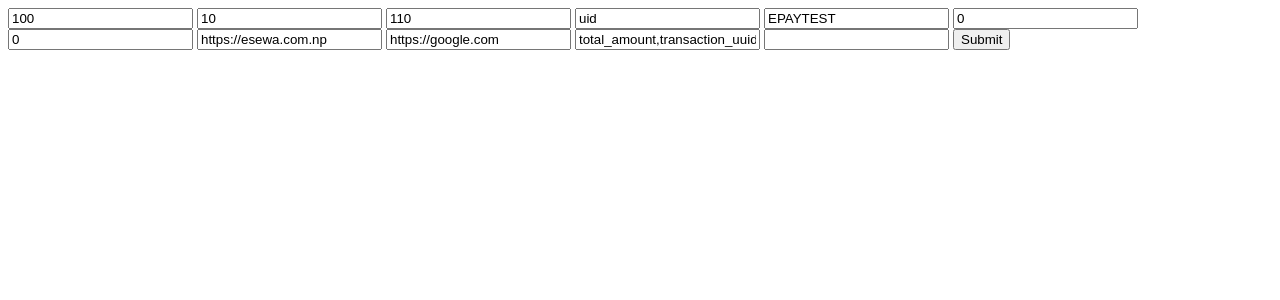
Repository: sagarhomie/Shrestha-Instrument-
Page: http://localhost/Ecommerce/epay.jsp
The author's editor kept a copy of each file at every save. The page is drawn from the files as they stood at one save, then again after the next save.
The browser window is 1280 px wide. The pictures show the whole page.
The page is served by Tomcat 9. Other server files are loaded and not shown.

Above is the page before, as saved 2024-05-25 03:29:17.

### Ecommerce/WebContent/epay.jsp
<%@ page language="java" contentType="text/html; charset=UTF-8"
    pageEncoding="UTF-8"%>
    <%
    String uid = "sagar";
    %>
<!DOCTYPE html>
<html>
<head>
<meta charset="UTF-8">
<title>Insert title here</title>
</head>
<body>
 <form action="https://rc-epay.esewa.com.np/api/epay/main/v2/form" method="POST">
 <input type="text" id="amount" name="amount" value="100" required>
 <input type="text" id="tax_amount" name="tax_amount" value ="10" required>
 <input type="text" id="total_amount" name="total_amount" value="110" required>
 <input type="text" id="transaction_uuid" name="transaction_uuid" value ="uid"required>
 <input type="text" id="product_code" name="product_code" value ="EPAYTEST" required>
 <input type="text" id="product_service_charge" name="product_service_charge" value="0" required>
 <input type="text" id="product_delivery_charge" name="product_delivery_charge" value="0" required>
 <input type="text" id="success_url" name="success_url" value="https://esewa.com.np" required>
 <input type="text" id="failure_url" name="failure_url" value="https://google.com" required>
 <input type="text" id="signed_field_names" name="signed_field_names" value="total_amount,transaction_uuid,product_code" required>
 <input type="text" id="signature" name="signature"  required>
 <input value="Submit" type="submit" class="btn btn-primary">
 </form>
</body>

</html>

After the next save:
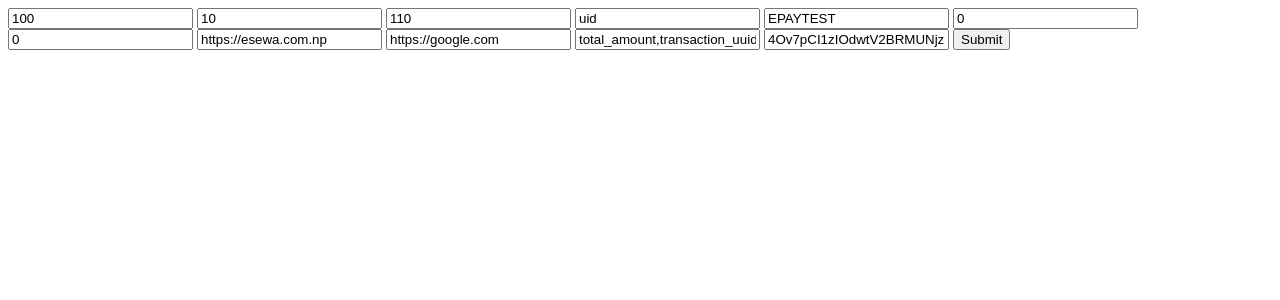
Saved 14 min 39 s later.
--- a/Ecommerce/WebContent/epay.jsp
+++ b/Ecommerce/WebContent/epay.jsp
@@ -21,7 +21,8 @@
  <input type="text" id="success_url" name="success_url" value="https://esewa.com.np" required>
  <input type="text" id="failure_url" name="failure_url" value="https://google.com" required>
  <input type="text" id="signed_field_names" name="signed_field_names" value="total_amount,transaction_uuid,product_code" required>
- <input type="text" id="signature" name="signature"  required>
+ <input type="text" id="signature" name="signature" value="
+4Ov7pCI1zIOdwtV2BRMUNjz1upIlT/COTxfLhWvVurE="  required>
  <input value="Submit" type="submit" class="btn btn-primary">
  </form>
 </body>
